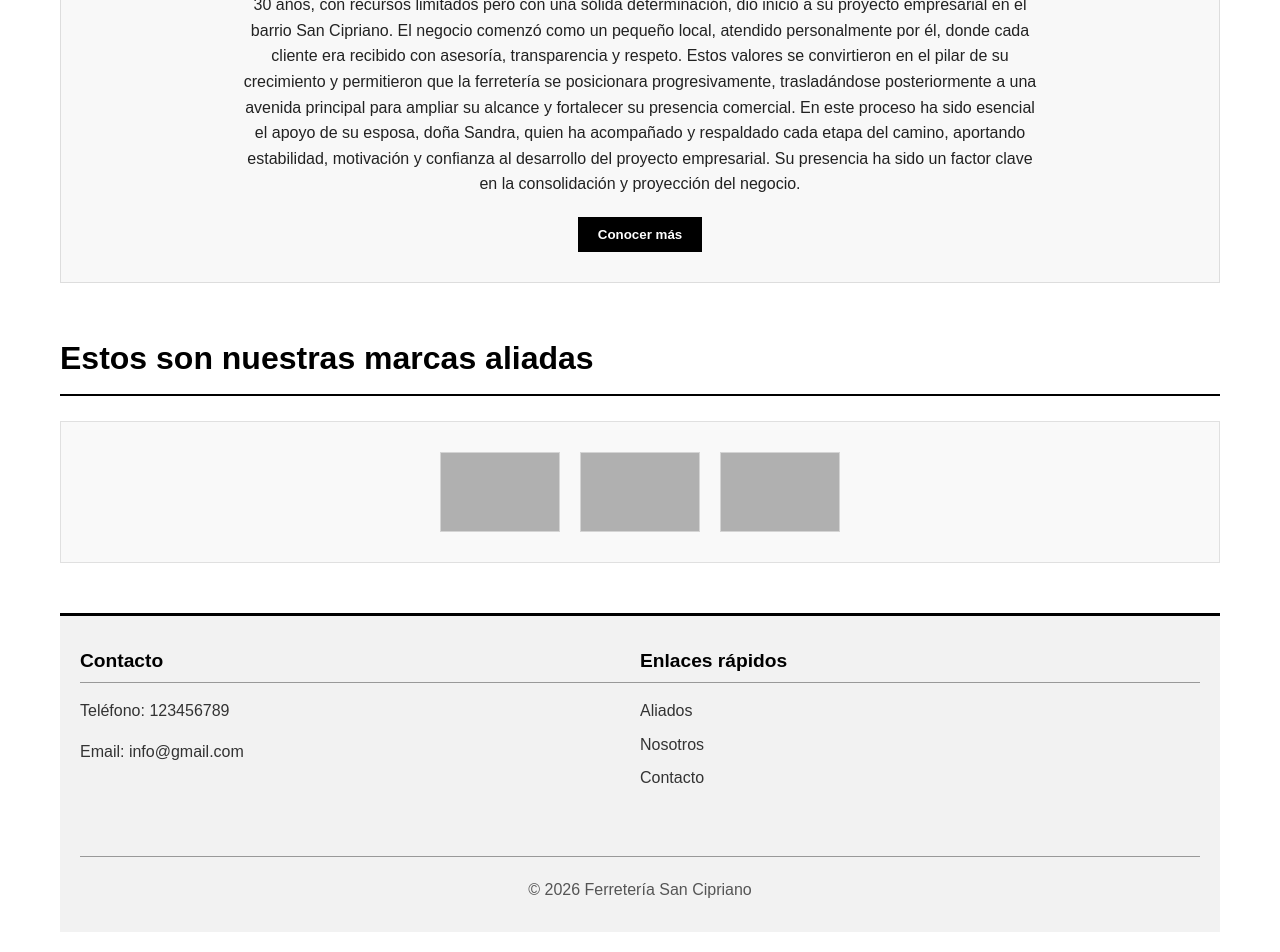
Repository: Sevanjo/ferreteria-web
Page: INDEX/index.html
These files come from the project's save history. The page is drawn as it stood at one moment and after the next save; the edit follows.
The browser window is 1280 px wide. The pictures show the part of the page from y = 3123 to 4075 px (the page is 4075 px tall).
Pictures or frames that could not be fetched are drawn as grey boxes. A picture or video elsewhere on the page could not be fetched, so the positions and the page height are approximate.

Above is the page before, as saved 2026-02-19 19:37:17.

### INDEX/index.html
<!DOCTYPE HTML>
<html lang="es">
	<head>
	<meta charset="UTF-8">
	<meta name="viewport" content="width=device-width, initial-scale=1.0">
	<meta name="description" content="Ferreteria San Cipriano, tu aliado en contrucción y hogar. Herramientas, materiales eléctronicos, plomería y más.">
	<link rel="stylesheet" href="../INDEX/index.css">
	<title> Deposito Ferreteria AT San Cirpriano - Inicio</title>
	</head>
	<body>
		<header>
			<h1> Deposito Ferreteria AT San Cirpriano </h1>
			 <p class="slogan">Construyendo sueños, desde 1985</p>
			<!-- Agregar logo -->
		</header>

		<nav>
			<ul>
				<li><a href ="/"> Inicio </a></li>
				<li><a href ="/nosotros/"> Nosotros </a></li>
				<li><a href ="/productos/"> Productos </a></li>
				<li><a href ="/servicios/"> Servicios </a></li>
				<li><a href ="/contacto/"> Contacto </a></li>
			</ul>
		</nav>

		<main>
			<section id="carrucel">
				<div class="slide">
						<img src="../imagenes/carrusel/nombreimg1.jpg" alt="Descripcion corta">
				</div>
				<div class="slide">
						<img src="../imagenes/carrusel/nombreimg2.jpg" alt="Descripcion corta">
				</div>
			<!-- Agregar mas -->
			</section>

			<section id="catalogo">
				<h2>Nuestras Categorías</h2>
				<article slass="product-card">
					<img src="../imagenes/productos/herramientas.jpg" alt="Descripcion breve">
					<h2> Herramientas manuales y eléctricas</h2>
					<button class="btn btn-catalogo"> Conocer </button>
				</article>
				<article slass="product-card">
					<img src="../imagenes/productos/imagen2.jpg" alt="Descripcion breve">
					<h2> Material Électricos</h2>
					<button class="btn btn-catalogo"> Conocer </button>
				</article>
				<article slass="product-card">
					<img src="../imagenes/productos/imagen3.jpg" alt="Descripcion breve">
					<h2> Plomeria y gas</h2>
					<button class="btn btn-catalogo"> Conocer </button>
				</article>
				<article slass="product-card">
					<img src="../imagenes/productos/imagen4.jpg" alt="Descripcion breve">
					<h2> Pinturas y acabados</h2>
					<button class="btn btn-catalogo"> Conocer </button>
				</article>
				<article slass="product-card">
					<img src="../imagenes/productos/imagen5.jpg" alt="Descripcion breve">
					<h2> Material de Patio</h2>
					<button class="btn btn-catalogo"> Conocer </button>
				</article>
				<article slass="product-card">
					<img src="../imagenes/productos/imagen6.jpg" alt="Descripcion breve">
					<h2> Seguridad industrial</h2>
					<button class="btn btn-catalogo"> Conocer </button>
				</article>
				<article slass="product-card">
					<img src="../imagenes/productos/imagen7.jpg" alt="Descripcion breve">
					<h2> Quimicos</h2>
					<button class="btn btn-catalogo"> Conocer </button>
				</article>
			</section>
			<section id="servicios">
				<h2>Nuestros Servicios</h2>
				<article class="service-card">
					<img src="../imagenes/productos/imagen1.jpg" alt="Descripcion breve">
					<h3> Servicio de...</h3>
					<p> Descripcion breve del servicio</p>
					<button class="btn btn-servicios"> Conocer </button>
				</article>
				<article class="service-card">
					<img src="../imagenes/productos/imagen2.jpg" alt="Descripcion breve">
					<h2> Servicio de...</h2>
					<p> Descripcion breve del servicio</p>
					<button class="btn btn-servicios"> Conocer </button>
				</article>
			</section>
			<section id="historia">
				<h2> Nuestra historia </h2>
				<p> Antonio Torres es ejemplo de perseverancia, visión y compromiso. Desde joven entendió que
                el progreso se construye con disciplina y trabajo honesto, por lo que desempeñó diversos oficios
                que fortalecieron su carácter y le brindaron experiencia en el trato con las personas. Con el paso
                de los años consolidó un objetivo claro: crear su propia ferretería y ofrecer un servicio basado enla
                confianza, la calidad y la cercanía con la comunidad.A los 30 años, con recursos limitados pero con una
                sólida determinación, dio inicio a su proyecto empresarial en el barrio San Cipriano. El negocio comenzó
                como un pequeño local, atendido personalmente por él, donde cada cliente era recibido con asesoría,
                transparencia y respeto. Estos valores se convirtieron en el pilar de su crecimiento y permitieron que
                la ferretería se posicionara progresivamente, trasladándose posteriormente a una avenida principal para
                ampliar su alcance y fortalecer su presencia comercial.
                En este proceso ha sido esencial el apoyo de su esposa, doña Sandra, quien ha acompañado y respaldado cada
                etapa del camino, aportando estabilidad, motivación y confianza al desarrollo del proyecto empresarial.
                Su presencia ha sido un factor clave en la consolidación y proyección del negocio.
            </p>
            <button class="btn btn-historia"> Conocer más</button>
			</section>
			<section id="aliados">
				<h2> Estos son nuestras marcas aliadas </h2>
					<div>
						<img src="../imagenes/productos/imagen1.jpg" alt="alidos con ...">
						<img src="../imagenes/productos/imagen2.jpg" alt="alidos con ...">
						<img src="../imagenes/productos/imagen3.jpg" alt="alidos con ...">
					</div>
			</section>
			</main>
				<footer>
					<section class="footer-info">
						<h3>Contacto</h3>
						<p>Teléfono: 123456789</p>
						<p>Email: info@gmail.com</p>
					</section>
					<section class="footer-info">
						<h3> Enlaces rápidos </h3>
						<ul>
							<li><a href="/aliados/">Aliados</a></li>
							<li><a href="/nosotros/">Nosotros</a></li>
							<li><a href="/contacto/">Contacto</a></li>
						<ul>
					</section>
					<p class="copyright">&copy; 2026 Ferretería San Cipriano</p>
				</footer>

	</body>
</html>

### INDEX/index.css
/* Reset básico para eliminar márgenes y paddings por defecto */
* {
    margin: 0;
    padding: 0;
    box-sizing: border-box;
}

body {
    font-family: Arial, Helvetica, sans-serif;
    line-height: 1.6;
    color: #000;
    background-color: #fff;
    max-width: 1200px;
    margin: 0 auto;
    padding: 20px;
}

/* Header */
header {
    text-align: center;
    padding: 30px 0;
    border-bottom: 2px solid #000;
    margin-bottom: 20px;
}

header h1 {
    font-size: 2.5em;
    margin-bottom: 10px;
}

.slogan {
    font-style: italic;
    color: #333;
}

/* Navegación */
nav {
    border-bottom: 1px solid #000;
    margin-bottom: 30px;
}

nav ul {
    list-style: none;
    display: flex;
    justify-content: center;
    flex-wrap: wrap;
    gap: 30px;
    padding: 15px 0;
}

nav ul li a {
    color: #000;
    text-decoration: none;
    font-weight: bold;
    padding: 5px 10px;
    border: 1px solid transparent;
}

nav ul li a:hover {
    border: 1px solid #000;
    background-color: #f0f0f0;
}

/* Secciones generales */
section {
    margin-bottom: 50px;
}

section h2 {
    font-size: 2em;
    border-bottom: 2px solid #000;
    padding-bottom: 10px;
    margin-bottom: 25px;
}

/* Carrusel - Flexbox */
#carrucel {
    display: flex;
    gap: 20px;
    justify-content: center;
    flex-wrap: wrap;
    background-color: #f5f5f5;
    padding: 30px;
    border: 1px solid #ddd;
}

.slide {
    flex: 1 1 300px; /* Crece, encoge, base de 300px */
    min-width: 250px;
    height: 200px;
    background-color: #e0e0e0;
    border: 1px solid #999;
    display: flex;
    align-items: center;
    justify-content: center;
}

.slide img {
    max-width: 100%;
    height: auto;
    display: block;
}

/* Catálogo - Flexbox */
#catalogo {
    display: flex;
    flex-wrap: wrap;
    gap: 25px;
    justify-content: flex-start;
}

.product-card {
    flex: 1 1 250px; /* Flex-grow: 1, Flex-shrink: 1, Flex-basis: 250px */
    min-width: 220px;
    border: 1px solid #ccc;
    padding: 15px;
    text-align: center;
    background-color: #fff;
    display: flex;
    flex-direction: column;
}

.product-card img {
    width: 100%;
    height: 150px;
    object-fit: cover;
    border: 1px solid #ddd;
    background-color: #f0f0f0;
    margin-bottom: 15px;
}

.product-card h2 {
    font-size: 1.2em;
    border-bottom: none;
    margin-bottom: 15px;
    padding-bottom: 0;
}

/* Botones generales */
.btn {
    background-color: #fff;
    color: #000;
    border: 2px solid #000;
    padding: 10px 20px;
    cursor: pointer;
    font-weight: bold;
    transition: all 0.3s ease;
    margin-top: auto; /* Empuja el botón hacia abajo en flex column */
}

.btn:hover {
    background-color: #000;
    color: #fff;
}

/* Servicios - Flexbox */
#servicios {
    display: flex;
    flex-wrap: wrap;
    gap: 25px;
    justify-content: center;
}

.service-card {
    flex: 1 1 300px;
    min-width: 280px;
    border: 1px solid #ccc;
    padding: 20px;
    text-align: center;
    background-color: #fafafa;
    display: flex;
    flex-direction: column;
}

.service-card img {
    width: 100%;
    height: 180px;
    object-fit: cover;
    border: 1px solid #ddd;
    background-color: #e0e0e0;
    margin-bottom: 15px;
}

.service-card h3 {
    font-size: 1.3em;
    margin-bottom: 10px;
}

.service-card p {
    margin-bottom: 20px;
    color: #333;
    flex-grow: 1; /* Ocupa espacio disponible */
}

/* Historia */
#historia {
    background-color: #f8f8f8;
    border: 1px solid #ddd;
    padding: 30px;
    text-align: center;
}

#historia p {
    max-width: 800px;
    margin: 0 auto;
    color: #222;
}
.btn-historia{
    background-color:#000;
    color:#fff;
    border:none;
    padding: 10px 20px;
    cursor:pointer;
    font-weight: bold;
    transition: all 0,3s ease;
    margin-top: 20px;
}

/* Aliados - Flexbox */
#aliados div {
    display: flex;
    flex-wrap: wrap;
    gap: 20px;
    justify-content: center;
    align-items: center;
    border: 1px solid #e0e0e0;
    padding: 30px;
    background-color: #f9f9f9;
}

#aliados img {
    flex: 0 1 auto;
    width: 120px;
    height: 80px;
    object-fit: cover;
    border: 1px solid #ccc;
    background-color: #e0e0e0;
    filter: grayscale(100%);
    opacity: 0.8;
    transition: all 0.3s ease;
}

#aliados img:hover {
    filter: grayscale(0%);
    opacity: 1;
    border-color: #000;
}

/* Footer - Flexbox */
footer {
    border-top: 3px solid #000;
    margin-top: 50px;
    padding: 30px 0 10px;
    display: flex;
    flex-wrap: wrap;
    justify-content: space-between;
    align-items: flex-start;
    background-color: #f2f2f2;
    padding: 30px 20px;
}

.footer-info {
    flex: 1 1 250px;
    min-width: 200px;
    margin-bottom: 20px;
}

.footer-info h3 {
    font-size: 1.2em;
    margin-bottom: 15px;
    border-bottom: 1px solid #999;
    padding-bottom: 5px;
}

.footer-info p, .footer-info ul {
    margin-bottom: 15px;
    color: #333;
}

.footer-info ul {
    list-style: none;
}

.footer-info ul li {
    margin-bottom: 8px;
}

.footer-info ul li a {
    color: #333;
    text-decoration: none;
    display: inline-block;
}

.footer-info ul li a:hover {
    text-decoration: underline;
    color: #000;
}
.footer-redsocciales{
    flex: 1 1 250px;
    min-width: 200px;
    margin-bottom: 20px;
    text-align: center;
}

.copyright {
    width: 100%;
    text-align: center;
    margin-top: 30px;
    padding-top: 20px;
    border-top: 1px solid #999;
    color: #555;
}

/* Utilidades */
img {
    max-width: 100%;
    height: auto;
    display: block;
}

/* Media queries para responsividad con Flexbox */
@media (max-width: 768px) {
    nav ul {
        flex-direction: column;
        align-items: center;
        gap: 15px;
    }

    #catalogo, #servicios {
        justify-content: center;
    }

    footer {
        flex-direction: column;
        align-items: center;
        text-align: center;
    }

    .footer-info {
        width: 100%;
        text-align: center;
    }
}

After the next save:
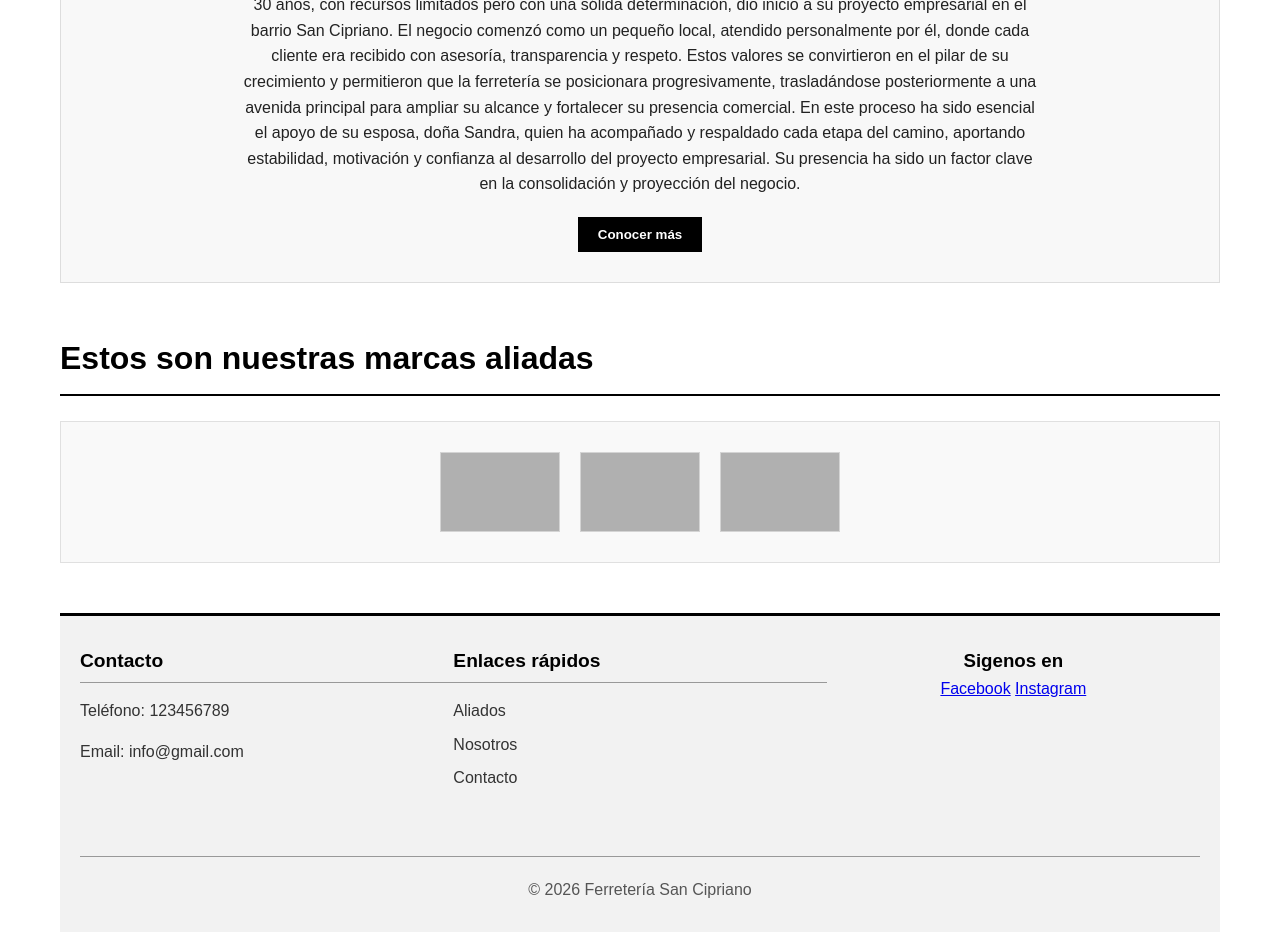
Saved 2 s later.
--- a/INDEX/index.html
+++ b/INDEX/index.html
@@ -129,6 +129,11 @@
 							<li><a href="/contacto/">Contacto</a></li>
 						<ul>
 					</section>
+                    <section class="footer-redsocciales">
+                        <h3>Sigenos en </h3>
+                            <a href="https://www.facebook.com" target="_blank">Facebook</a>
+                            <a href="https://www.instagram.com" target="_blank">Instagram</a>
+                    </section>
 					<p class="copyright">&copy; 2026 Ferretería San Cipriano</p>
 				</footer>
 
